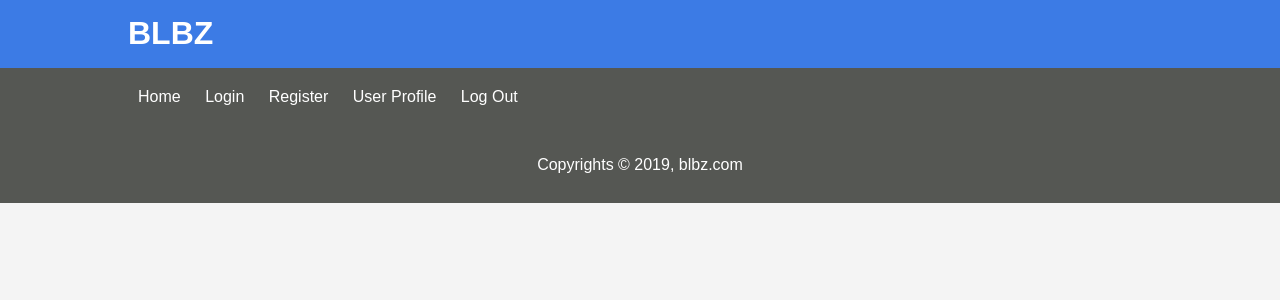
Repository: Kutty39/WebApps
Page: http://localhost/WebPageApp1/
An editor plug-in stored every save of this project. The page is shown before and after the next save, followed by the edit.
The browser window is 1280 px wide. The pictures show the whole page.
The page is served by Tomcat 9.

Above is the page before, as saved 2019-12-09 12:03:06.

After the next save:
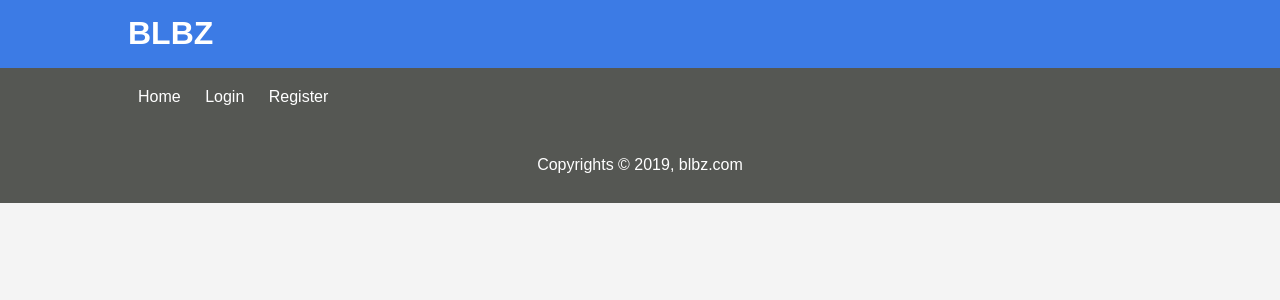
Saved 24 s later.
--- a/LoginRegistrationPage/WebPageApp1/src/main/webapp/index.jsp
+++ b/LoginRegistrationPage/WebPageApp1/src/main/webapp/index.jsp
@@ -19,8 +19,8 @@
 				<li><a class="button" id="login">Login</a></li>
 				<li><a class="button" id="register">Register</a></li>
 				<li><a class="button" id="data" hidden>Date Tab</a></li>
-				<li><a class="button" id="userprof">User Profile</a></li>
-				<li><a class="button" id="logout">Log Out</a></li>
+				<li><a class="button" id="userprof" hidden>User Profile</a></li>
+				<li><a class="button" id="logout" hidden>Log Out</a></li>
 			</ul>
 		</div>
 	</nav>
